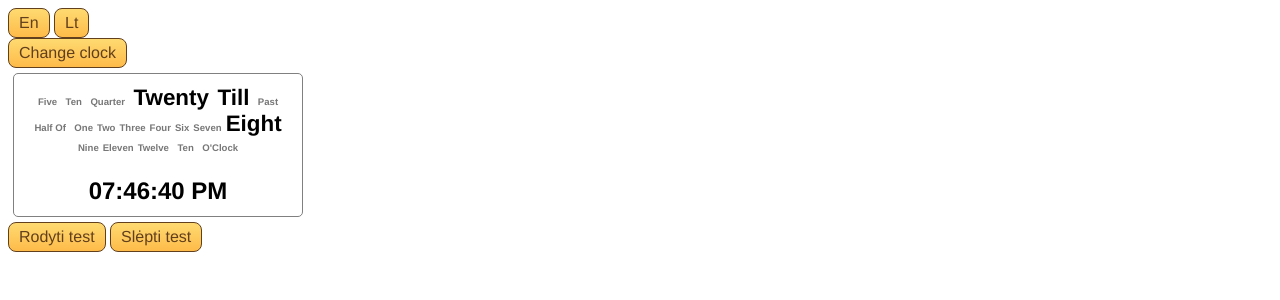
Repository: Skaidrius/WordClock
Page: index.html
The author's editor kept a record of every edit. The page is drawn from the files as they stood at one moment, then again after the next edit.
The browser window is 1280 px wide. The pictures show the whole page.
Some web libraries are served in a nearby version.

Above is the page before.

After the next edit:
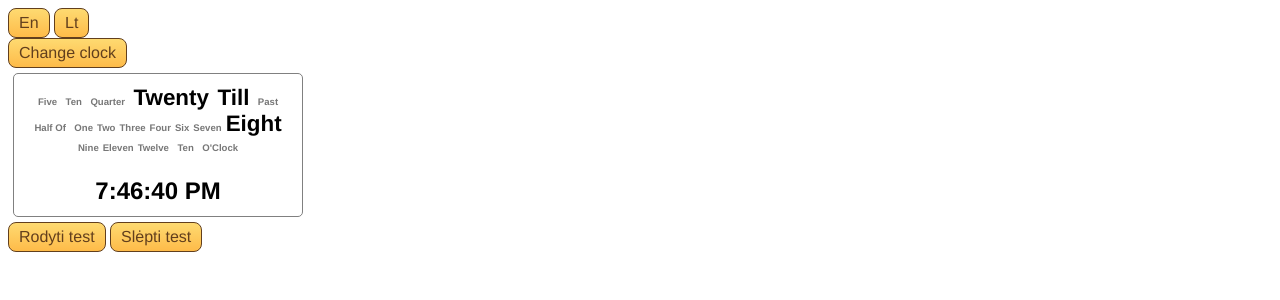
The edit:
--- a/app.js
+++ b/app.js
@@ -72,7 +72,7 @@
 
     $scope.init = $interval(function(){
         $scope.input = new Date();
-        $scope.currHours = $filter('date')($scope.input, 'hh');
+        $scope.currHours = $filter('date')($scope.input, 'h');
         $scope.currMins = $filter('date')($scope.input, 'mm');
         $scope.currSecs = $filter('date')($scope.input, 'ss');
         $scope.currAP = $filter('date')($scope.input, 'a');
